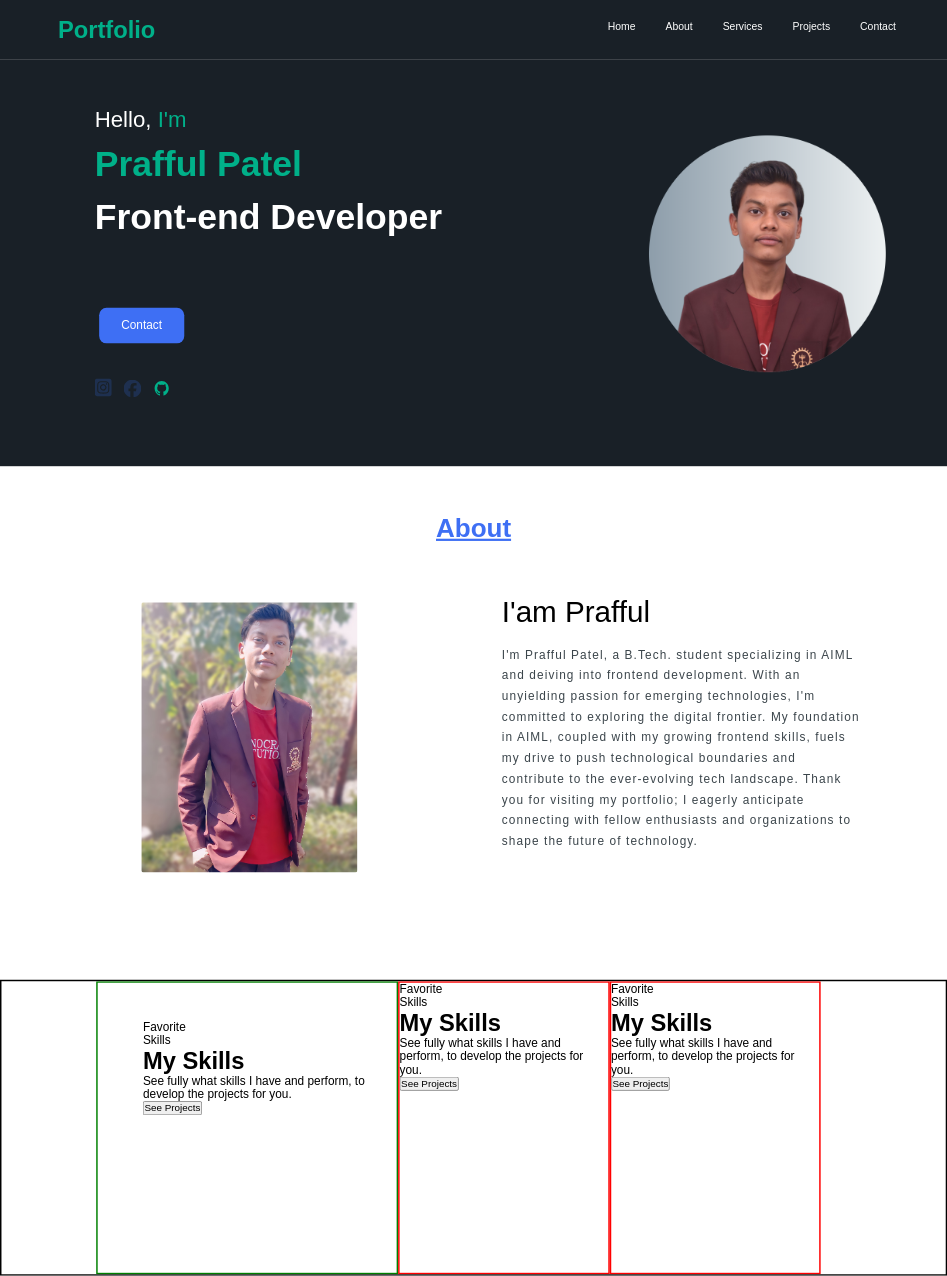
Repository: PraffulPatel27/Portfolio_2.0
Page: index.html
These files come from the project's save history. The page is drawn as it stood at one moment and after the next save; the edit follows.
The browser window is 1280 px wide. The pictures show the whole page, at 74% of full size.

Above is the page before, as saved 2024-01-01 15:50:12.

After the next save:
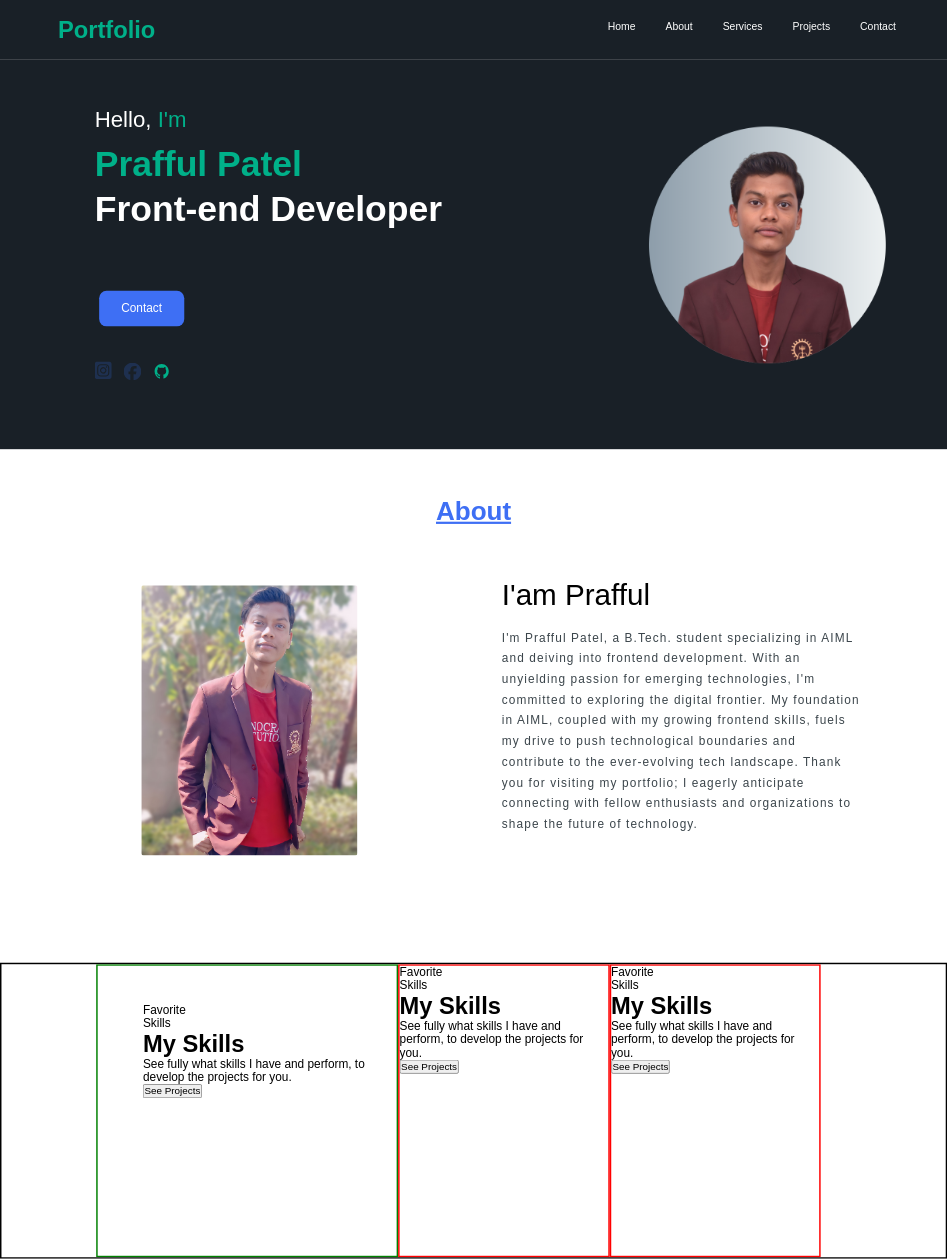
Saved 4 s later.
--- a/style.css
+++ b/style.css
@@ -114,7 +114,6 @@
 .left-content h1 {
     font-size: 3rem;
     line-height: 60px;
-    padding-bottom: 1%;
     color: #fff;
 }
 .btn {
